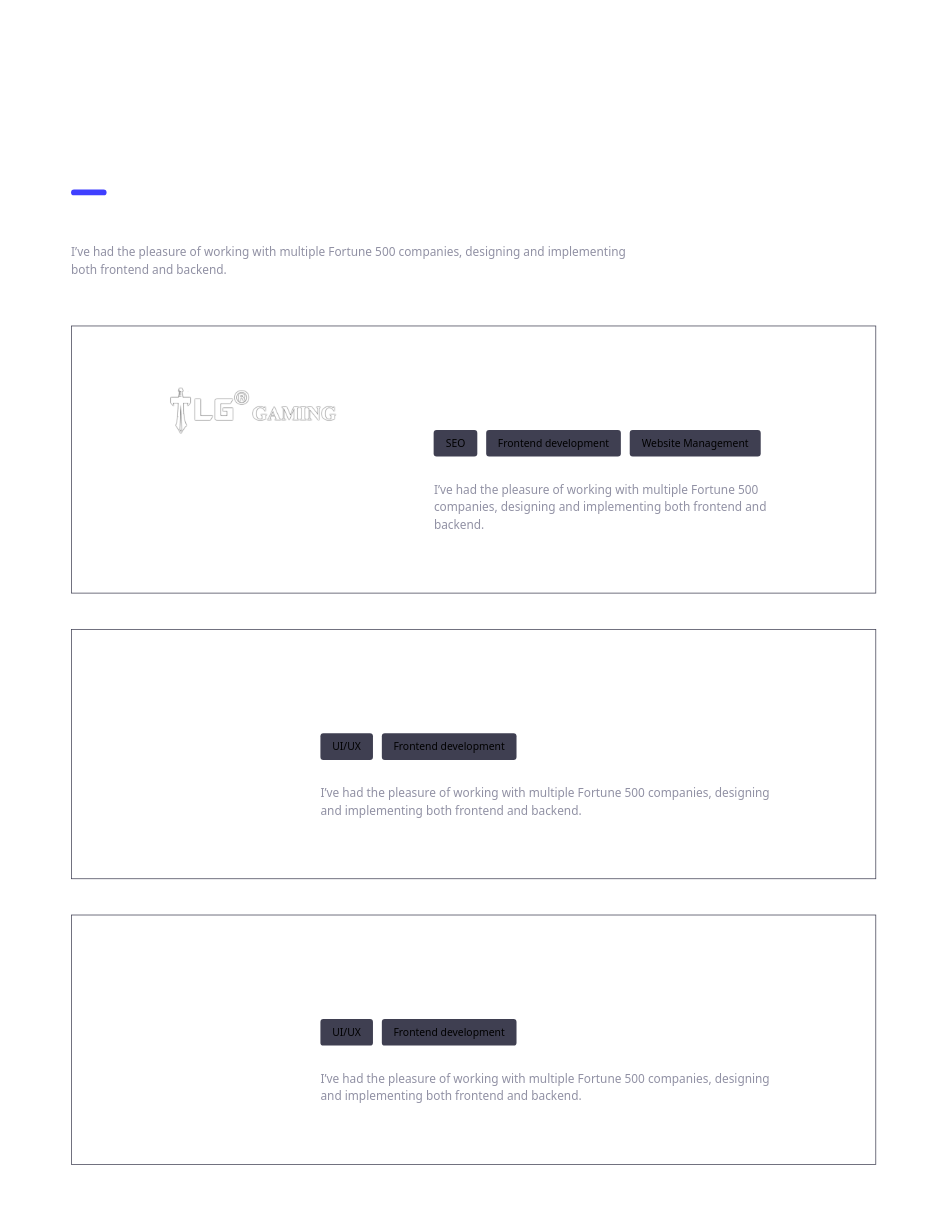
Repository: Alex0715/portfolio
Page: /components/client
The author's editor kept a copy of each file at every save. The page is drawn from the files as they stood at one save, then again after the next save.
The browser window is 1280 px wide. The pictures show the whole page, at 74% of full size.
The project was rebuilt for these pictures with package versions that can differ from the ones it lists, and the page was loaded fresh each time. The framework's server and built-in components were replaced by stand-ins that run in the browser. Also part of the build but not shown: next.config.js.

Above is the page before, as saved 2022-02-04 00:10:17.

### pages/components/client.js
function Client() {
  return <div class="container mt-64 flex justify-between items-center mx-auto px-8 md:px-14 lg:px-24 w-full">
  <section class="w-full">
      <h2 id="clients" class="secondary-title text-white">Clients</h2>
      <p class="section-paragraph">I’ve had the pleasure of working with multiple Fortune 500 companies, designing and implementing both frontend and backend.</p>


      <div class="space-y-12 my-16">
          <div class="w-full border border-nav p-16 lg:px-32 lg:py-20 lg:space-x-32 flex justify-center lg:justify-start flex-wrap lg:flex-nowrap">


              <div class="mb-6 lg:mb-0">
                  <img src="/tlg.png" className="flex flex-grow justify-content items-center"/>

              </div>


              <div class="flex flex-wrap justify-center text-center lg:text-left lg:block">
                  <h3 class="text-white text-3xl font-semibold">TLG Gaming</h3>

                  <div class="w-full lg:w-auto flex flex-wrap justify-center lg:justify-start gap-3 mt-6 mb-8">
                      <div class="badge">SEO</div>
                      <div class="badge">Frontend development</div>
                      <div class="badge">Website Management</div>
                  </div>

                  <p class="text-secondary">I’ve had the pleasure of working with multiple Fortune 500 companies, designing and implementing both frontend and backend.</p>
              </div>

          </div>
          <div class="w-full border border-nav p-16 lg:px-32 lg:py-20 lg:space-x-32 flex justify-center lg:justify-start flex-wrap lg:flex-nowrap">


              <div class="mb-6 lg:mb-0">
                  <svg width="80" height="96" viewBox="0 0 80 96" fill="none" xmlns="http://www.w3.org/2000/svg"><path d="M66.6983 92.1599C61.5487 97.2095 55.867 96.4223 50.4513 94.0415C44.6936 91.6127 39.4299 91.4591 33.3492 94.0415C25.7767 97.3439 21.7577 96.3839 17.1972 92.1599C-8.55106 65.3759 -4.75058 24.5759 24.5131 23.0399C31.6105 23.4239 36.5796 27.0047 40.7601 27.3023C46.9739 26.0255 52.9216 22.3679 59.5724 22.8479C67.5629 23.5007 73.5392 26.6879 77.5297 32.4191C61.0926 42.4031 64.9881 64.2911 80.0855 70.4351C77.0641 78.4511 73.1876 86.3711 66.6888 92.2271L66.6983 92.1599ZM40.19 22.7519C39.4204 10.8479 48.9691 1.05595 59.9525 0.0959473C61.4632 13.8239 47.6009 24.0959 40.19 22.7519Z" fill="white"/></svg>
              </div>


              <div class="flex flex-wrap justify-center text-center lg:text-left lg:block">
                  <h3 class="text-white text-3xl font-semibold">Apple, inc.</h3>

                  <div class="w-full lg:w-auto flex flex-wrap justify-center lg:justify-start gap-3 mt-6 mb-8">
                      <div class="badge">UI/UX</div>
                      <div class="badge">Frontend development</div>
                  </div>

                  <p class="text-secondary">I’ve had the pleasure of working with multiple Fortune 500 companies, designing and implementing both frontend and backend.</p>
              </div>

          </div>
          <div class="w-full border border-nav p-16 lg:px-32 lg:py-20 lg:space-x-32 flex justify-center lg:justify-start flex-wrap lg:flex-nowrap">


              <div class="mb-6 lg:mb-0">
                  <svg width="80" height="96" viewBox="0 0 80 96" fill="none" xmlns="http://www.w3.org/2000/svg"><path d="M66.6983 92.1599C61.5487 97.2095 55.867 96.4223 50.4513 94.0415C44.6936 91.6127 39.4299 91.4591 33.3492 94.0415C25.7767 97.3439 21.7577 96.3839 17.1972 92.1599C-8.55106 65.3759 -4.75058 24.5759 24.5131 23.0399C31.6105 23.4239 36.5796 27.0047 40.7601 27.3023C46.9739 26.0255 52.9216 22.3679 59.5724 22.8479C67.5629 23.5007 73.5392 26.6879 77.5297 32.4191C61.0926 42.4031 64.9881 64.2911 80.0855 70.4351C77.0641 78.4511 73.1876 86.3711 66.6888 92.2271L66.6983 92.1599ZM40.19 22.7519C39.4204 10.8479 48.9691 1.05595 59.9525 0.0959473C61.4632 13.8239 47.6009 24.0959 40.19 22.7519Z" fill="white"/></svg>
              </div>


              <div class="flex flex-wrap justify-center text-center lg:text-left lg:block">
                  <h3 class="text-white text-3xl font-semibold">Apple, inc.</h3>

                  <div class="w-full lg:w-auto flex flex-wrap justify-center lg:justify-start gap-3 mt-6 mb-8">
                      <div class="badge">UI/UX</div>
                      <div class="badge">Frontend development</div>
                  </div>

                  <p class="text-secondary">I’ve had the pleasure of working with multiple Fortune 500 companies, designing and implementing both frontend and backend.</p>
              </div>

          </div>
      </div>

  </section>
</div>;
}

export default Client;

### styles/globals.css
@tailwind base;
@tailwind components;
@tailwind utilities;

body{
    scroll-behavior: smooth;
}
.left-50{
    left: 50%;
}
.right-50{
    right: 50%;
}
.top-50{
    top:50%;
}

.-z-1 {
    z-index: -1;
}

.secondary-title {
    @apply text-3xl font-bold;
}

.secondary-title::before {
    content: "";
    @apply block w-12 h-2 bg-theme rounded-full mb-1;
}

.section-paragraph {
    @apply text-secondary my-6 w-full max-w-3xl;
}

.badge {
    @apply px-4 py-2 text-sm rounded bg-badge;
}

[id] {
scroll-margin-top: 100px;
}

.left-percentage {
    left: 5%;
}

.h-screen-partial {
    height: 80vh;
}





.nav-dot:hover span{
    opacity:1;
    transition: background 200ms
}

Loaded but not shown: pages/_app.tsx (common file); tailwind.config.js (common file)

After the next save:
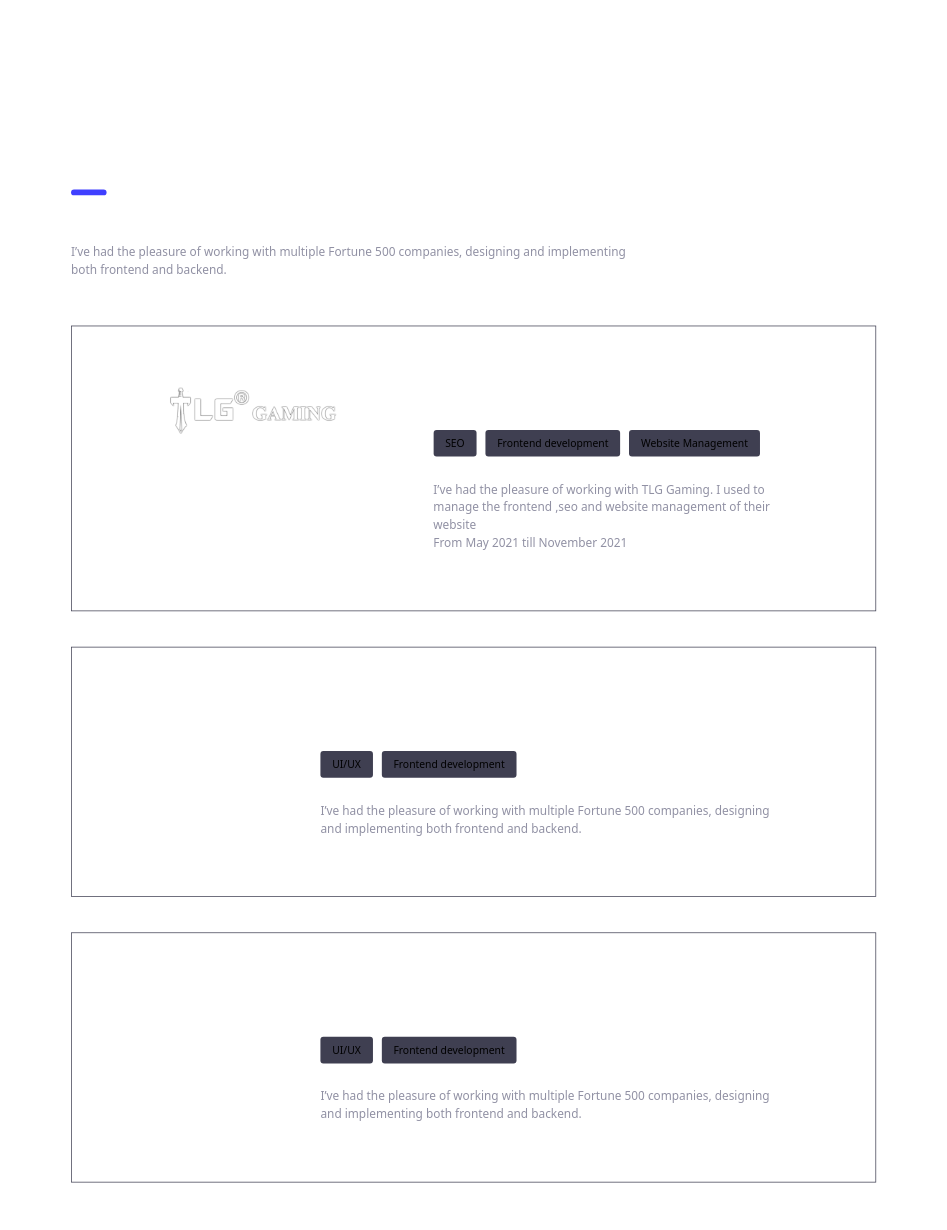
Saved 3 min 0 s later.
--- a/pages/components/client.js
+++ b/pages/components/client.js
@@ -24,7 +24,8 @@
                       <div class="badge">Website Management</div>
                   </div>
 
-                  <p class="text-secondary">I’ve had the pleasure of working with multiple Fortune 500 companies, designing and implementing both frontend and backend.</p>
+                  <p class="text-secondary">I’ve had the pleasure of working with TLG Gaming. I used to manage the frontend ,seo and website management of their website</p>
+                  <p class="text-secondary">From May 2021 till November 2021</p>
               </div>
 
           </div>
